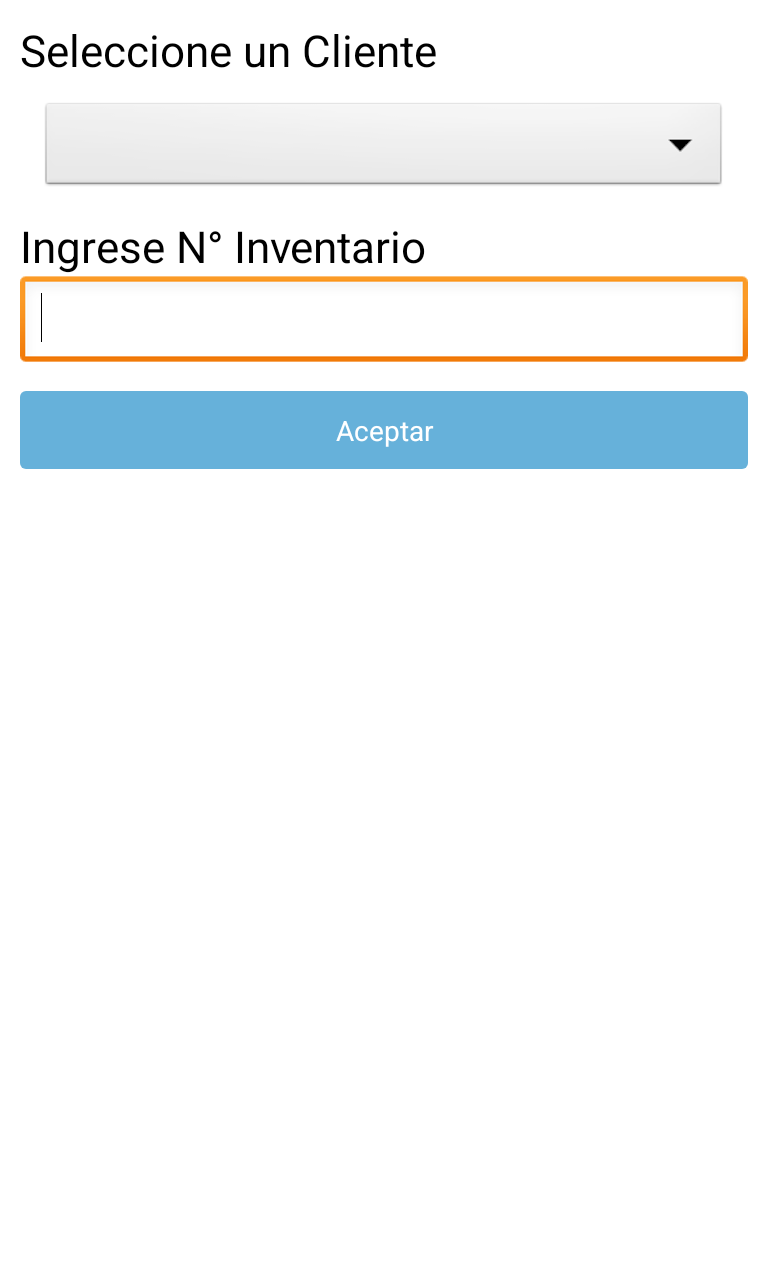
Repository: arodriguezp2003/aqandroid
Layout: BlueFlameWMS/res/layout/seleccioncliente.xml
These files come from the project's save history. The layout is drawn as it stood at one moment and after the next save; the edit follows.
It is drawn on a 768 x 1280 px phone screen (xhdpi) without system bars, with theme android:Theme.Light.NoTitleBar; the app's code is not run.

Above is the layout before, as saved 2014-06-20 19:30:00.

### BlueFlameWMS/res/layout/seleccioncliente.xml
<?xml version="1.0" encoding="utf-8"?>
<LinearLayout xmlns:android="http://schemas.android.com/apk/res/android"
    android:layout_width="match_parent"
    android:layout_height="match_parent"
    android:orientation="vertical"
    android:padding="10dp" >



  <TextView android:layout_width="fill_parent"

        android:layout_height="wrap_content"
       android:textAppearance="?android:attr/textAppearanceLarge"
        android:text="Seleccione un Cliente"/>

    <Spinner
        android:id="@+id/spinClientes"
		android:layout_margin="10sp"
        android:layout_width="fill_parent"
        android:layout_height="wrap_content"
/>

    <TextView android:layout_width="fill_parent"

        android:layout_height="wrap_content"
       android:textAppearance="?android:attr/textAppearanceLarge"
        android:text="Ingrese N° Inventario"/>

    <EditText
        android:id="@+id/editText1"
        android:layout_width="match_parent"
        android:layout_height="wrap_content"
        android:ems="10"
        android:inputType="number" >

        <requestFocus />
    </EditText>
     <Button
        android:id="@+id/btn_CS"
        android:layout_width="match_parent"
        android:layout_height="wrap_content"
        android:layout_marginTop="10dp"
        android:background="@drawable/btn"
        android:text="@string/btn_AceptarCliente"
        android:textColor="@drawable/text_btn" />
</LinearLayout>

### BlueFlameWMS/res/drawable-mdpi/btn.xml
<?xml version="1.0" encoding="utf-8"?>
<selector xmlns:android="http://schemas.android.com/apk/res/android">
    <item android:state_pressed="true" >
        <shape>
            <solid
                android:color="#124686" />

            <corners
                android:radius="3dp" />
            <padding
                android:left="10dp"
                android:top="10dp"
                android:right="10dp"
                android:bottom="10dp" />
        </shape>
    </item>
    <item >
        <shape >
            <solid
                android:color="#66b1da" />

            <corners
                android:radius="3dp" />
            <padding
                android:left="10dp"
                android:top="10dp"
                android:right="10dp"
                android:bottom="10dp" />
        </shape>
    </item>
</selector>

### BlueFlameWMS/res/values/strings.xml
<?xml version="1.0" encoding="utf-8"?>
<resources>

    <string name="app_name">BlueFlameWMS</string>
    <string name="hello_world">Hello world!</string>
    <string name="action_settings">Settings</string>
	<string name="auth">Login</string>
    <string name="user">Usuario</string>
    <string name="password">Password</string>

     <string name="btn_TareaConteoEstandar">Conteo Standard</string>
    <string name="btn_TareaConteoEstandarVAL">Validacion Standard</string>
    <string name="btn_tare_conteo_peso">Conteo Peso Variable</string>
    <string name="btn_tare_conteo_pesoVAL">Validacion Variable</string>
     <string name="btn_AceptarCliente">Aceptar</string>
</resources>

### BlueFlameWMS/res/drawable-mdpi/text_btn.xml
<?xml version="1.0" encoding="utf-8"?>
<selector
    xmlns:android="http://schemas.android.com/apk/res/android"
>
    <!-- Any Enabled button, gets White Text -->
    <item
        android:color="#FFF"
        android:state_enabled="true" />

    <!-- Buttons with any other state, get DarkGray Text -->
    <item
        android:color="#FFF"/>
</selector>

After the next save:
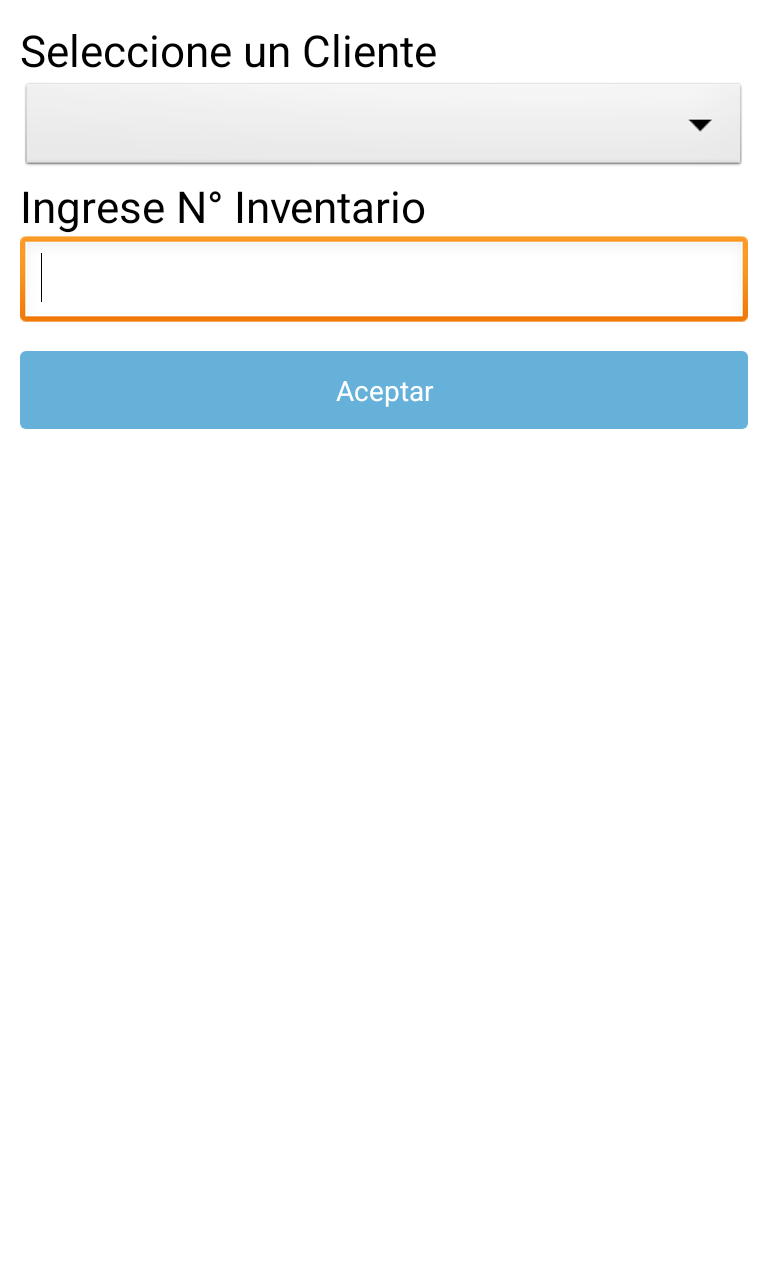
Saved 73 s later.
--- a/BlueFlameWMS/res/layout/seleccioncliente.xml
+++ b/BlueFlameWMS/res/layout/seleccioncliente.xml
@@ -15,7 +15,6 @@
 
     <Spinner
         android:id="@+id/spinClientes"
-		android:layout_margin="10sp"
         android:layout_width="fill_parent"
         android:layout_height="wrap_content"
 />
